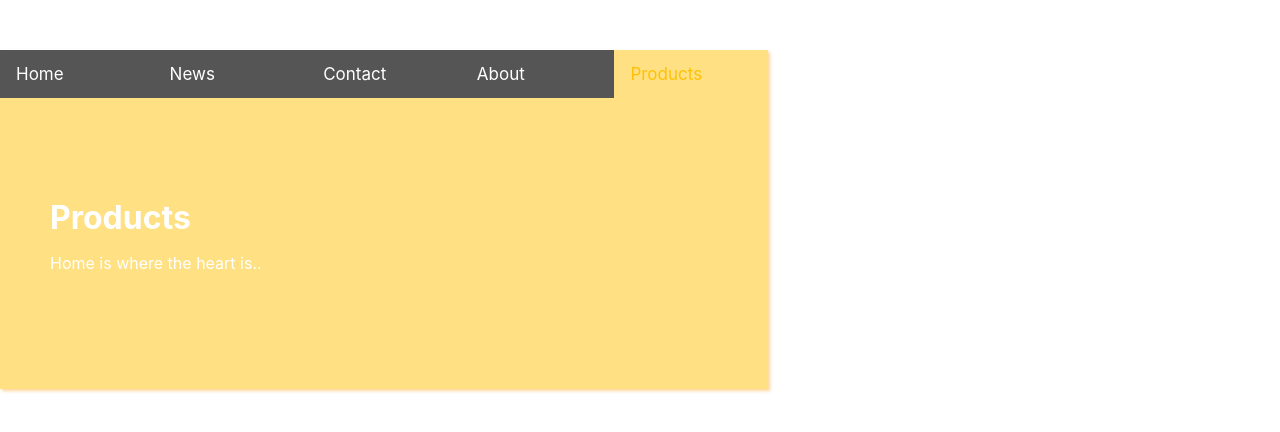
Repository: JasonMorta/basicPlus-rouets
Page: /products
These files come from the project's save history. The page is drawn as it stood at one moment and after the next save; the edit follows.
The browser window is 1280 px wide. The pictures show the whole page.
Some web fonts or font styles are not loaded; a fallback is used. The project was rebuilt for these pictures with package versions that can differ from the ones it lists, and the page was loaded fresh each time. Also part of the build but not shown: src/pages/Home.jsx, src/pages/news.css, src/pages/News.jsx, src/pages/About.jsx, src/pages/Hooks/UseRefHook.jsx, src/pages/Contact.jsx, src/pages/List.jsx.

Above is the page before, as saved 2023-04-01 08:26:04.

After the next save:
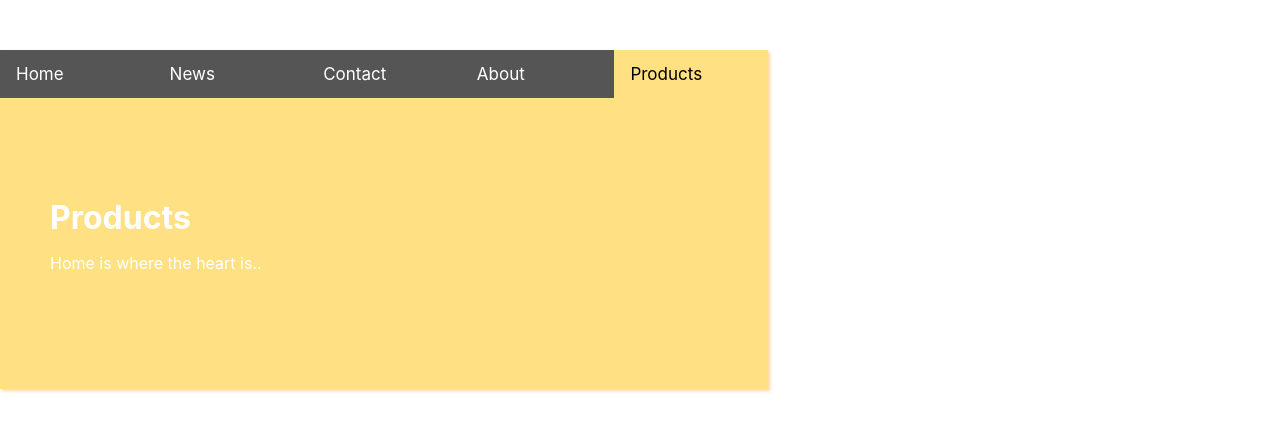
Saved 19 s later.
--- a/src/components/Nav.jsx
+++ b/src/components/Nav.jsx
@@ -78,7 +78,7 @@
         onClick={() => setState(prev => ({...prev, active:"#FFE082", location: "/products" }))}
         style={{
           backgroundColor: state.location === "/products" ? "#FFE082": "",
-          color: state.about === "#FFE082" ? color: "#ffc107" }}>
+          color: state.about === "#FFE082" ? color: "black" }}>
         Products
       </Link>
     </header>
